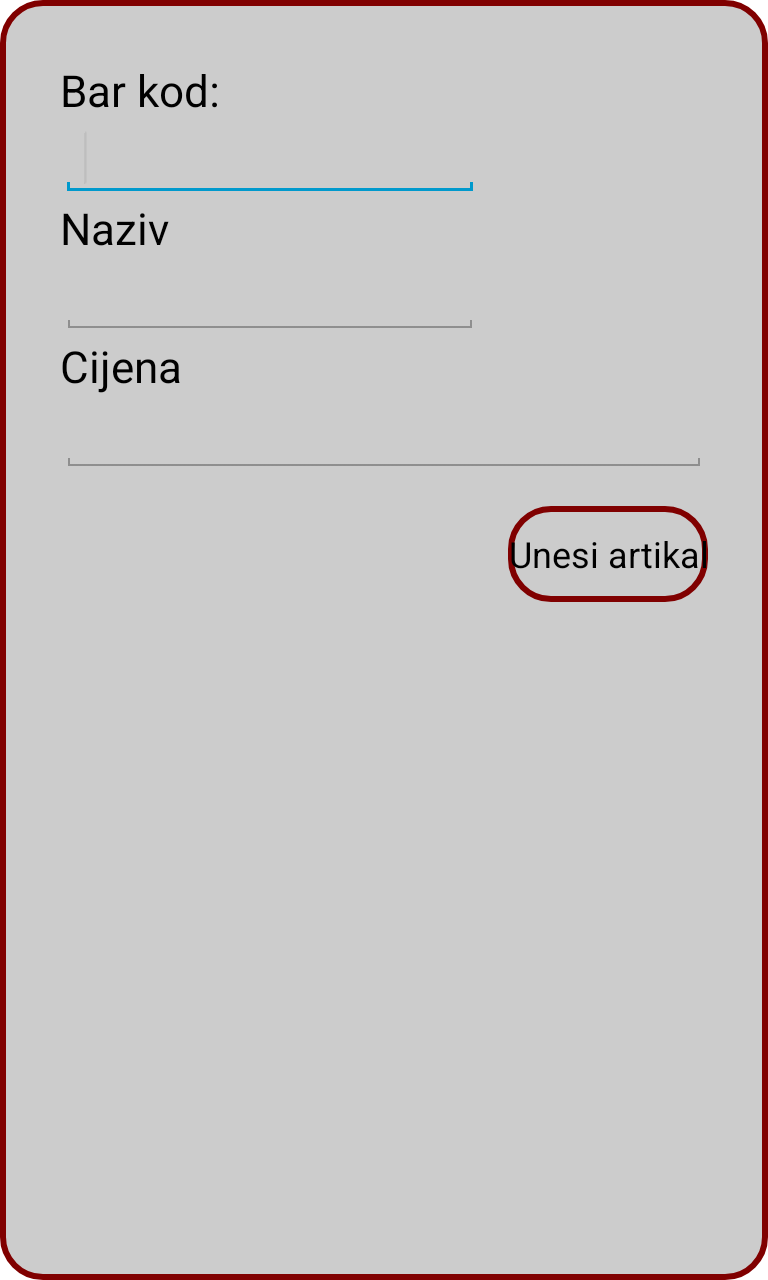
Repository: dzenisahusic/AndroidApp
Layout: Edit2014Sales/res/layout/fragment_unosartikla.xml
An editor plug-in stored every save of this project. The layout is shown before and after the next save, followed by the edit.
It is drawn on a 768 x 1280 px phone screen (xhdpi) without system bars, with theme AppTheme; the app's code is not run.

Above is the layout before, as saved 2014-07-15 17:37:33.

### Edit2014Sales/res/layout/fragment_unosartikla.xml
<RelativeLayout xmlns:android="http://schemas.android.com/apk/res/android"
    xmlns:tools="http://schemas.android.com/tools"
    android:layout_width="match_parent"
    android:layout_height="match_parent"
    tools:context="${relativePackage}.${activityClass}"
    android:background="@drawable/rounded_corner_top"
    >

    <LinearLayout
        android:id="@+id/linearLayout2"
        android:layout_width="fill_parent"
        android:layout_height="wrap_content"
        android:layout_alignParentLeft="true"
        android:layout_alignParentTop="true"
        android:orientation="vertical"
        android:layout_marginTop="30dip"
        android:layout_marginRight="30dip"
        android:layout_marginLeft="30dip"

        >

        <TextView
            android:id="@+id/textView1"
            android:layout_width="wrap_content"
            android:layout_height="wrap_content"
            android:text="Bar kod:"
            android:textAppearance="?android:attr/textAppearanceLarge" />

        <EditText
            android:id="@+id/tBarkod"
            android:layout_width="wrap_content"
            android:layout_height="wrap_content"
            android:layout_weight="1"
            android:ems="10" >

            <requestFocus />
        </EditText>
    </LinearLayout>

    <LinearLayout
        android:id="@+id/linearLayout1"
        android:layout_width="fill_parent"
        android:layout_height="wrap_content"
        android:layout_alignParentLeft="true"
        android:layout_below="@+id/linearLayout2"
        android:layout_marginLeft="30dip"
        android:layout_marginRight="30dip"
        android:orientation="vertical" >

        <TextView
            android:id="@+id/textView3"
            android:layout_width="wrap_content"
            android:layout_height="wrap_content"
            android:text="Naziv"
            android:textAppearance="?android:attr/textAppearanceLarge" />

        <EditText
            android:id="@+id/tCijena"
            android:layout_width="wrap_content"
            android:layout_height="wrap_content"
            android:layout_weight="1"
            android:ems="10" />
    </LinearLayout>

    <LinearLayout
        android:id="@+id/linearLayout3"
        android:layout_width="fill_parent"
        android:layout_height="wrap_content"
        android:layout_alignParentLeft="true"
        android:layout_below="@+id/linearLayout1"
        android:orientation="vertical"
        android:layout_marginRight="30dip"
        android:layout_marginLeft="30dip" >

        <TextView
            android:id="@+id/textView2"
            android:layout_width="wrap_content"
            android:layout_height="wrap_content"
            android:text="Cijena"
            android:textAppearance="?android:attr/textAppearanceLarge" />

        <EditText
            android:id="@+id/tNaziv"
            android:layout_width="fill_parent"
            android:layout_height="wrap_content"
            android:layout_weight="1"
            android:ems="10" />
    </LinearLayout>

    <Button
        android:id="@+id/bDodaj"
        android:layout_width="wrap_content"
        android:layout_height="wrap_content"
        android:layout_alignRight="@+id/linearLayout3"
        android:layout_below="@+id/linearLayout3"
        android:layout_marginTop="16dp"
        android:background="@drawable/rounded_corner_top"
        android:text="Unesi artikal"
        />

</RelativeLayout>

### Edit2014Sales/res/values/styles.xml
<resources>

    <!--
        Base application theme, dependent on API level. This theme is replaced
        by AppBaseTheme from res/values-vXX/styles.xml on newer devices.
    -->
    <style name="AppBaseTheme" parent="android:Theme.Light">
        <!--
            Theme customizations available in newer API levels can go in
            res/values-vXX/styles.xml, while customizations related to
            backward-compatibility can go here.
        -->
    </style>

    <!-- Application theme. -->
    <style name="AppTheme" parent="AppBaseTheme">
        <!-- All customizations that are NOT specific to a particular API-level can go here. -->
    </style>
 <style name="Animations" />

    <style name="Animations.PopDownMenu" />

    <style name="Animations.PopDownMenu.Left">
        <item name="@android:windowEnterAnimation">@anim/grow_from_topleft_to_bottomright</item>
        <item name="@android:windowExitAnimation">@anim/shrink_from_bottomright_to_topleft</item>
    </style>


    <style name="Animations.PopUpMenu" />

    <style name="Animations.PopUpMenu.Left">
        <item name="@android:windowEnterAnimation">@anim/grow_from_bottomleft_to_topright</item>
        <item name="@android:windowExitAnimation">@anim/shrink_from_topright_to_bottomleft</item>
    </style>
</resources>

### Edit2014Sales/res/drawable-hdpi/rounded_corner_top.xml
<?xml version="1.0" encoding="UTF-8"?>

  <shape xmlns:android="http://schemas.android.com/apk/res/android" android:shape="rectangle">
  <corners android:radius="20dp"/>
  <solid android:color="#CCCCCC"/>
  <stroke
        android:width="3dp"
        android:color="#800000" >
    </stroke>
</shape>

Loaded but not shown: Edit2014Sales/res/values-v11/styles.xml (common file); Edit2014Sales/res/values-v14/styles.xml (common file)

After the next save:
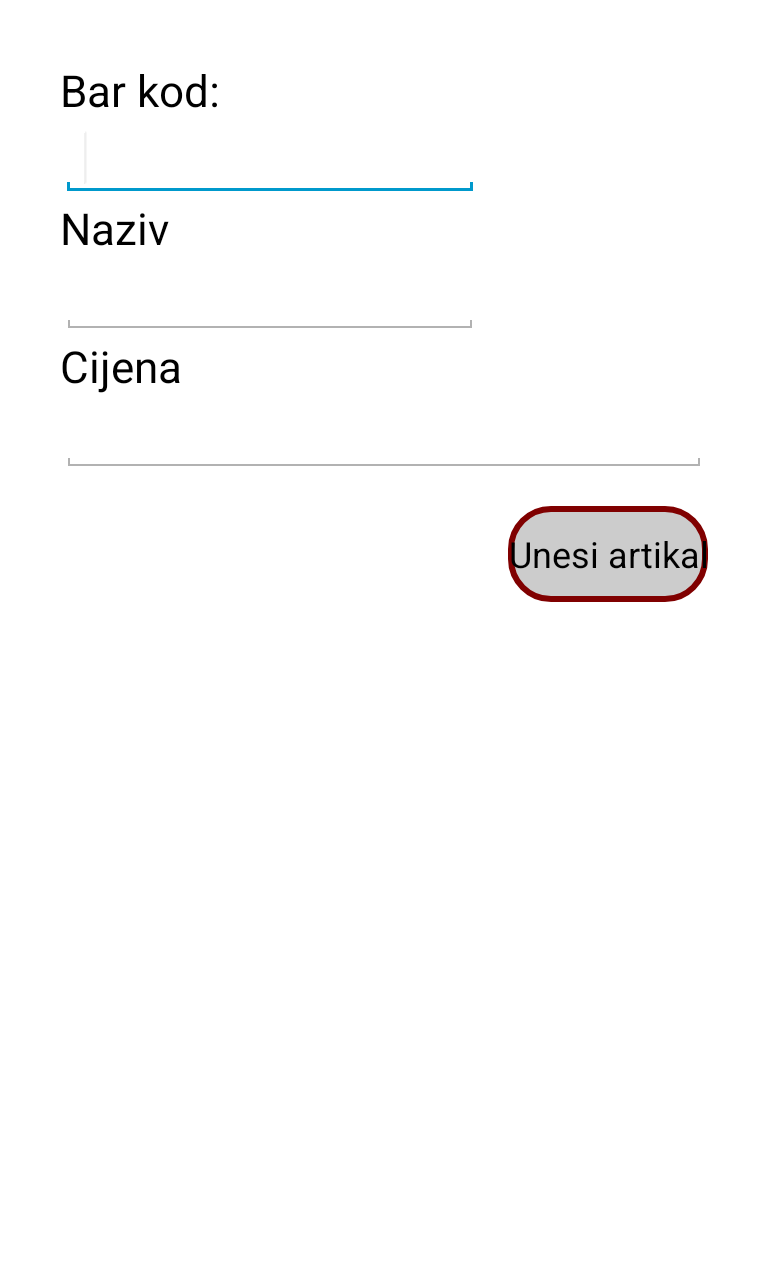
Saved 15 s later.
--- a/Edit2014Sales/res/layout/fragment_unosartikla.xml
+++ b/Edit2014Sales/res/layout/fragment_unosartikla.xml
@@ -3,7 +3,7 @@
     android:layout_width="match_parent"
     android:layout_height="match_parent"
     tools:context="${relativePackage}.${activityClass}"
-    android:background="@drawable/rounded_corner_top"
+
     >
 
     <LinearLayout
